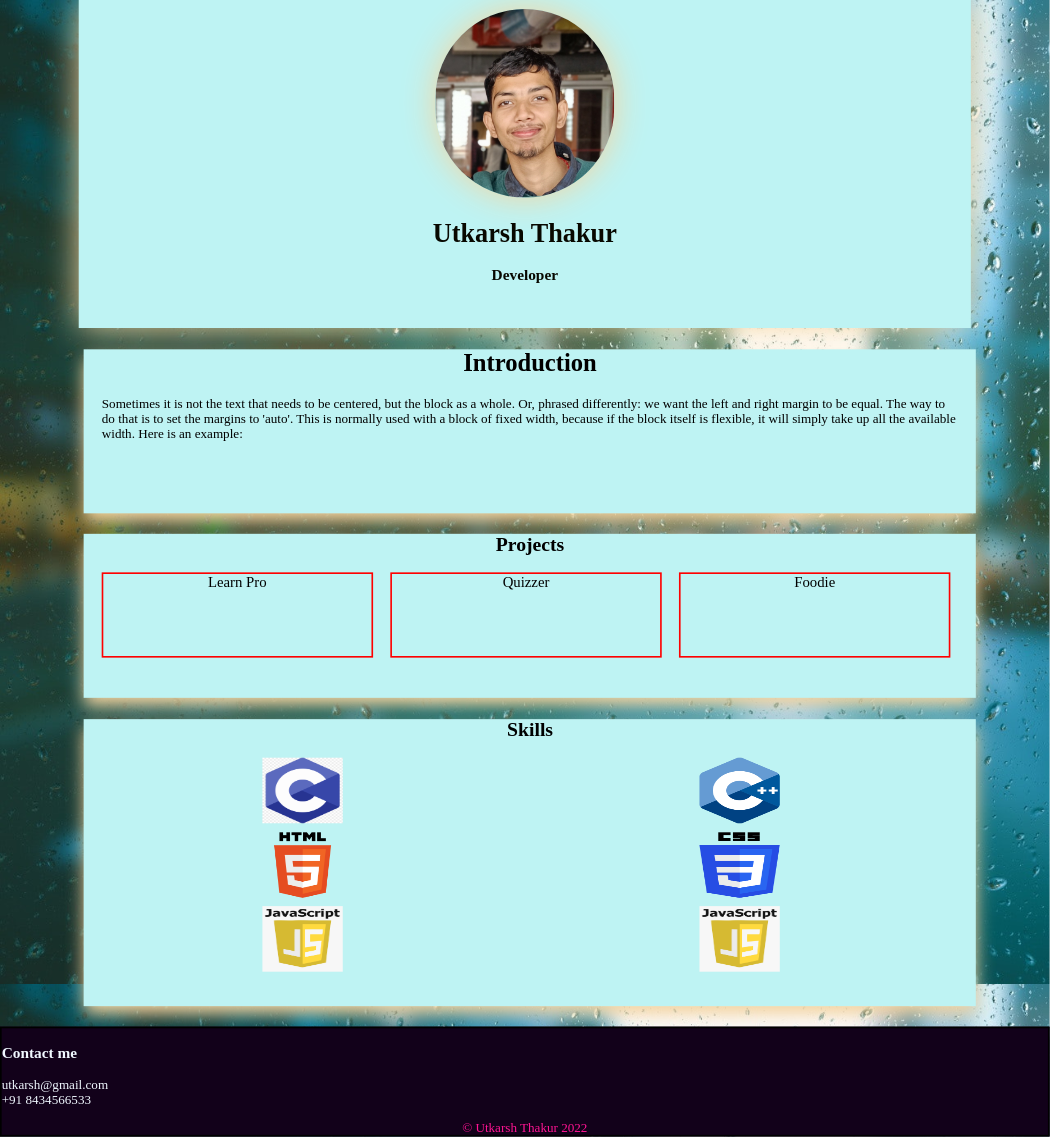
Repository: UtkarshThakur321/Utkarsh-Thakur-Profile
Page: index.html
These files come from the project's save history. The page is drawn as it stood at one moment and after the next save; the edit follows.
The browser window is 1280 px wide. The pictures show the whole page, at 82% of full size.

Above is the page before, as saved 2022-01-23 00:33:40.
Not found: main.js

After the next save:
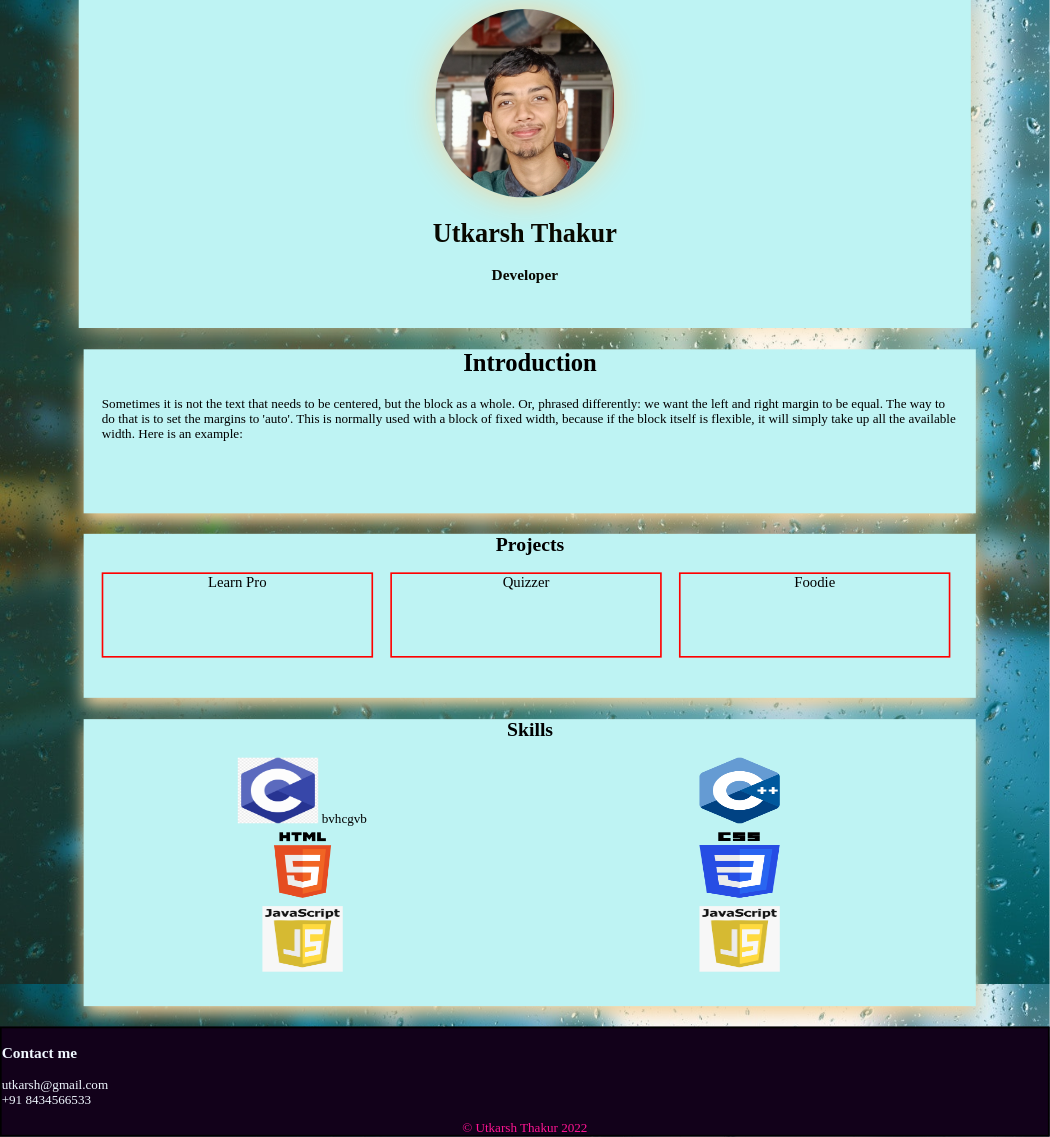
Saved 22 s later.
--- a/index.html
+++ b/index.html
@@ -65,6 +65,7 @@
         <h2>Skills</h2>
         <div class="skillsContent">
             <img src="c_programming.png" alt="c_programming">
+       bvhcgvb
         </div>
         <div class="skillsContent">
             <img src="./c++_programming.png" alt="c++_programming">

After the save that followed:
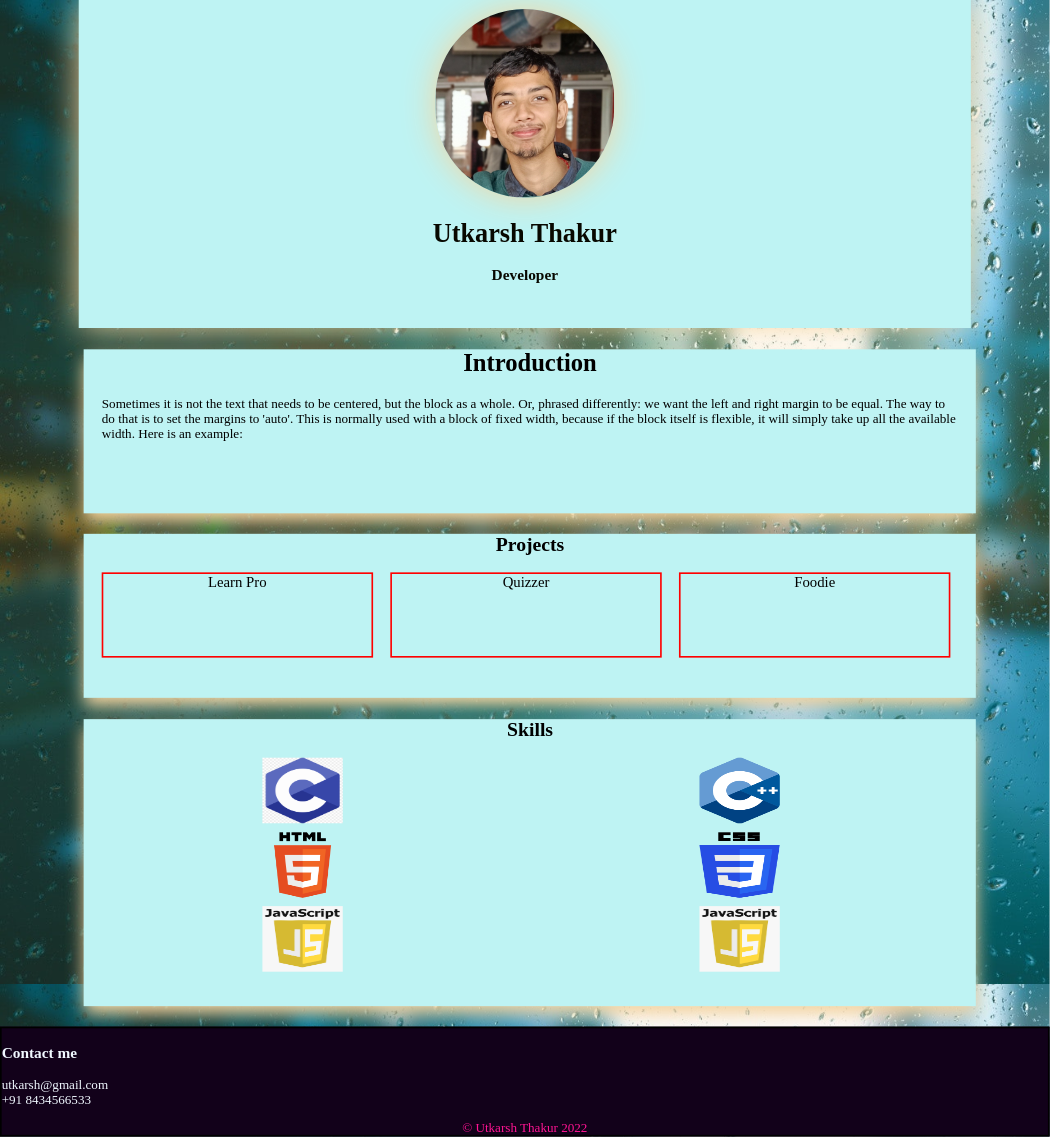
Saved 9 s later.
--- a/index.html
+++ b/index.html
@@ -65,7 +65,6 @@
         <h2>Skills</h2>
         <div class="skillsContent">
             <img src="c_programming.png" alt="c_programming">
-       bvhcgvb
         </div>
         <div class="skillsContent">
             <img src="./c++_programming.png" alt="c++_programming">
